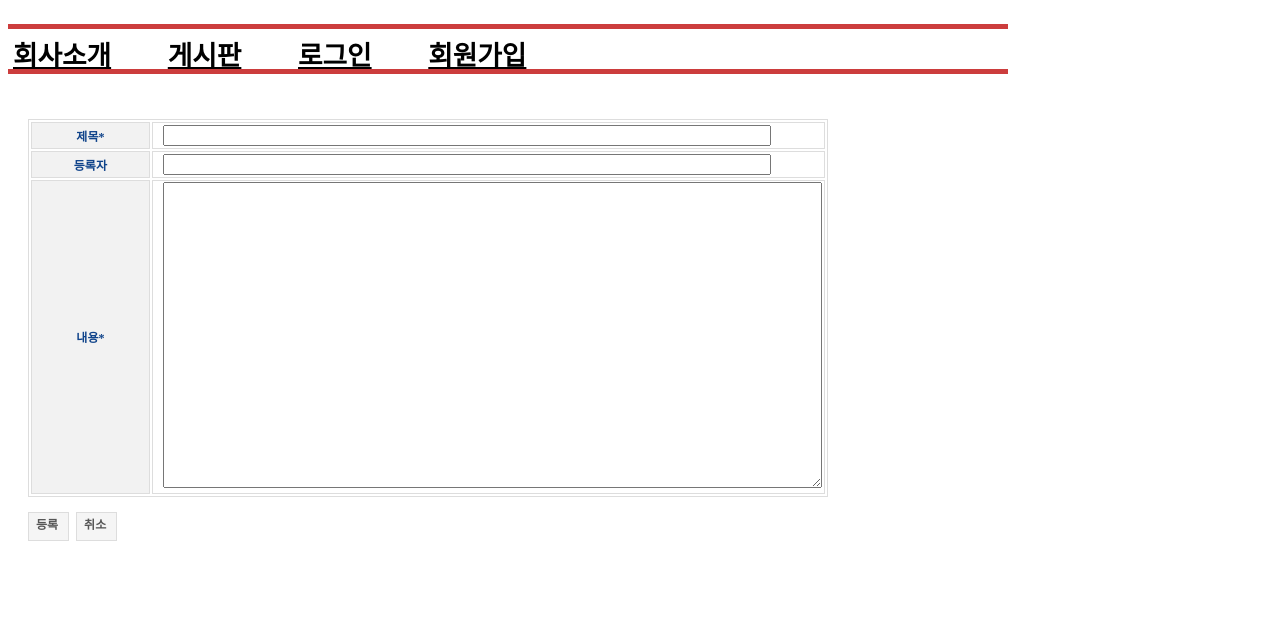
Repository: asaf0813/aisw
Page: java/이클립스/workspace/html/htmltest/WebContent/board/insert.html
These files come from the project's save history. The page is drawn as it stood at one moment and after the next save; the edit follows.
The browser window is 1280 px wide. The pictures show the part of the page from y = 158 to 777 px (the page is 777 px tall).

Above is the page before, as saved 2019-10-03 07:29:30.

### java/이클립스/workspace/html/htmltest/WebContent/board/insert.html
<!doctype html>
<html lang="en">
	<head>
		<meta charset="UTF-8">
		<meta name="Generator" content="EditPlus®">
		<meta name="Author" content="">
		<meta name="Keywords" content="">
		<meta name="Description" content="">
		<title>insert</title>
		<link href="insert.css" rel="stylesheet" type="text/css" >

		<script language="javascript">
			function insert() {
				if(document.frm.title.value == "") {
					alert("제목을 입력해주세요.");
					document.frm.title.focus();
					return;
				} else if(document.frm.name.value == "") {
					alert("이름을 입력해주세요.");
					document.frm.name.focus();
					return;
				} else if(document.frm.content.value == "") {
					alert("내용을 입력해주세요.");
					document.frm.content.focus();
					return;
				} else {
					if(confirm("글을 등록하시겠습니까?")){
						document.frm.submit();
					}
				}
			}
		</script>

	</head>
	<body>

		<div class="header">
			<a href="../main.html">
			<img width="100%" height="150" src = "http://www.postech.ac.kr/wp-content/themes/postech/images/imgs/signature4.png", alt="" ></a>
		<div>
			<p style="margin-top:20px"></p>
		</div>

		<div class="topnavi_ds">
			<div class="topnavi">
				<a href="../intro/intro.html">회사소개</a> <a href="../board/list.html">게시판</a> <a href="../member/login.html">로그인</a> <a href="../member/join.html">회원가입</a>
			</div>
		</div>

		<div class="divide"/>

		<div class="body">
			<form name="frm" action="insert_ok.jsp">
				<div class="modify_user">
					<table>
						<tr>
							<th width="15%" height="23" nowrap >제목*</th>
							<td width="85%"><input type="text" name="title" style="width:600px;"/></td>
						</tr>
						<tr>
							<th width="15%" height="23" nowrap >등록자</th>
							<td width="85%"><input type="text" name="name" style="width:600px;"/></td>
						</tr>
						<tr>
							<th height="23">내용*</th>
							<td width="85%">
								<textarea id="exContents" name="content" title="내용" class="textarea" cols="75" rows="20"  style="width:99%;"></textarea>
							</td>
						</tr>
					</table>
					<br />
					<div class="buttons">
						<a href="javascript:insert();">등록</a>
						<a href="./list.html">취소</a>
					</div>
				</div>
			</form>
		</div>

	</body>
</html>

### java/이클립스/workspace/html/htmltest/WebContent/board/insert.css
.header a:hover{color:red;}
.header a{color:blue;}

.header{
	width:1000px;
	height:50px;
	float:left;
	font-size: 9pt;
}

.topnavi_ds{
	width:100%;
	height:5px;
	background-color:#CC3D3D;
	float:left;
}
.topnavi a:hover{color:green;}
.topnavi a{color:#000000;}

.topnavi{
	width:1000px; height:30px;
	float:left;
	margin-top:10px;
	margin-left:5px;
	font-size: 20pt;
	font-weight: bold;
	word-spacing:50px;
}

.divide{
	width:100%;
	height:5px;
	float:left;
	margin-top: 25px;
	background-color:#CC3D3D;
	margin-top:40px;
}

.body{
	font-size: 9pt;
	margin-top:50px;
	margin-left:20px;
	width:1000px;
	height:500px;
	float:left;
}



.modify_user table{
	clear:both; width:800px;
	border: 1px solid #dddddd;
    overflow: hidden;
    white-space: nowrap;
}

.modify_user table th {
	background-color:#f2f2f2;
	border:1px solid #dddddd;
    color:#0f438a;
}

.modify_user table td{
	background-color:#ffffff;
	border:1px solid #dddddd;
    color:#0f438a;
    padding-left:10px;
}


/* btn */
.buttons a, .buttons button{

    display:block;
    float:left;
    margin:0 7px 0 0;
    background-color:#f5f5f5;
    border:1px solid #dddddd;
    font-size:9pt;
    line-height:130%;
    text-decoration:none;
    font-weight:bold;
    color:#565656;
    cursor:pointer;
    padding:5px 10px 6px 7px; /* Links */
}

.buttons a:hover{color:#4786AD;}

After the next save:
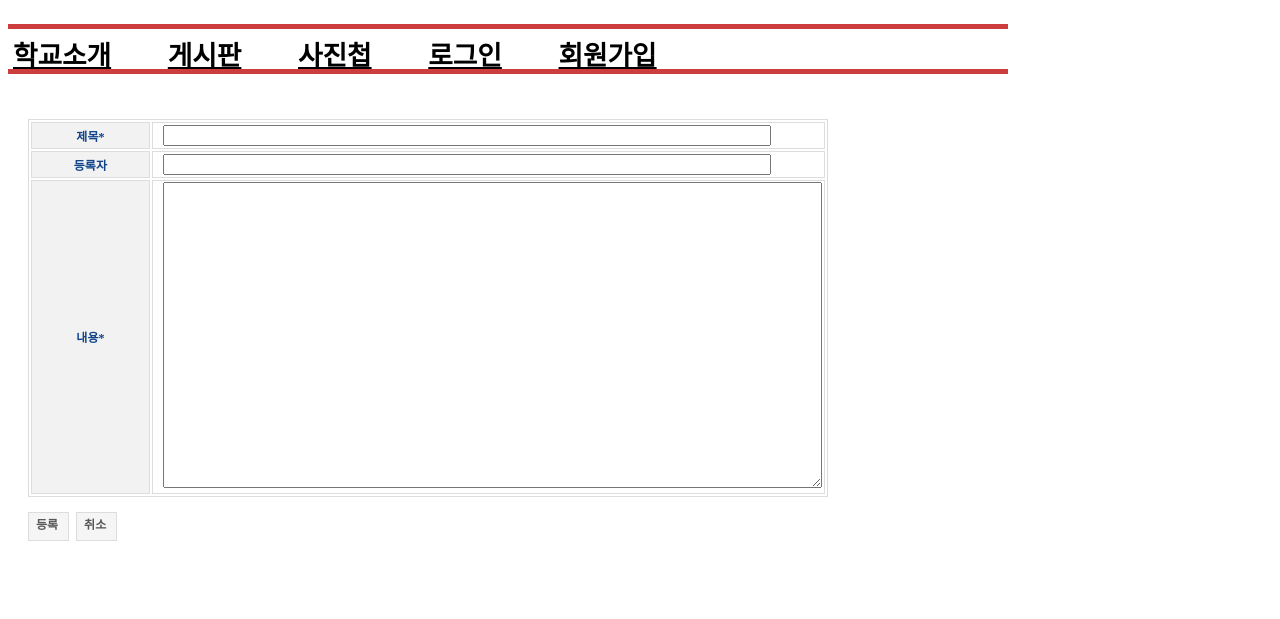
Saved 2 s later.
--- a/java/이클립스/workspace/html/htmltest/WebContent/board/insert.html
+++ b/java/이클립스/workspace/html/htmltest/WebContent/board/insert.html
@@ -43,7 +43,7 @@
 
 		<div class="topnavi_ds">
 			<div class="topnavi">
-				<a href="../intro/intro.html">회사소개</a> <a href="../board/list.html">게시판</a> <a href="../member/login.html">로그인</a> <a href="../member/join.html">회원가입</a>
+				<a href="../intro/intro.html">학교소개</a> <a href="../board/list.html">게시판</a> <a href="../picture/list.html">사진첩</a> <a href="../member/login.html">로그인</a> <a href="../member/join.html">회원가입</a>
 			</div>
 		</div>
 
